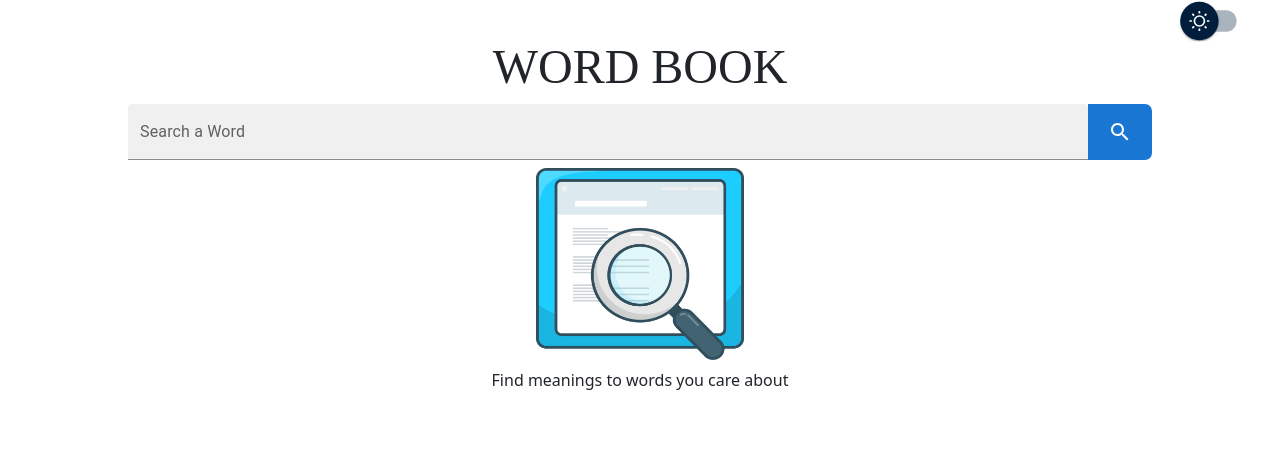
Repository: marveldev/my-dictionary
Page: /
These files come from the project's save history. The page is drawn as it stood at one moment and after the next save; the edit follows.
The browser window is 1280 px wide. The pictures show the whole page.
The project was rebuilt for these pictures with package versions that can differ from the ones it lists, and the page was loaded fresh each time. Also part of the build but not shown: src/components/themeSwitcher/MUISwitch.jsx.

Above is the page before, as saved 2022-05-22 16:31:28.

### public/index.html
<!DOCTYPE html>
<html lang="en">
  <head>
    <meta charset="utf-8" />
    <meta name="viewport" content="width=device-width, initial-scale=1" />
    <meta name="theme-color" content="#000000" />
    <meta
      name="description"
      content="Web site created using create-react-app"
    />
    <link href="https://cdn.jsdelivr.net/npm/bootstrap@5.1.3/dist/css/bootstrap.min.css" rel="stylesheet"
          integrity="sha384-1BmE4kWBq78iYhFldvKuhfTAU6auU8tT94WrHftjDbrCEXSU1oBoqyl2QvZ6jIW3" crossorigin="anonymous"
    />
    <link rel="apple-touch-icon" href="./icon-192x192.png" />
    <link rel="icon" href="./icon-192x192.png" />
    <link rel="manifest" href="./manifest.json" />
    <title>My Dictionary</title>
  </head>
  <body>
    <noscript>You need to enable JavaScript to run this app.</noscript>
    <div id="root"></div>
  </body>
</html>

### src/index.js
import React from 'react'
import ReactDOM from 'react-dom'
import App from './App'
import swDev from './swDev'
import './index.css'

ReactDOM.render(
  <React.StrictMode>
    <App />
  </React.StrictMode>,
  document.getElementById('root')
)
swDev()

### src/App.js
import { useState } from 'react'
import { createTheme } from '@mui/material'
import { Form, Output, ThemeSwitcher } from './components'

const App = () => {
  const [definitions, setDefinitions] = useState([])
  const [appMode, setAppMode] = useState('online')
  const [isLoading, setIsLoading] = useState(null)

  const storedTheme = localStorage.getItem('theme') || 'light'
  const [theme, setTheme] = useState(storedTheme)

  const themePalette = createTheme({
    palette: {
      mode: theme,
    },
  })

  return (
    <div className={`${theme} app`}>
      <div className="top-column top-0 w-100">
        <ThemeSwitcher setTheme={setTheme} theme={theme} themePalette={themePalette} />
        <h1 className="text-center">{definitions?.word || 'WORD BOOK'}</h1>
        <Form
          setDefinitions={setDefinitions}
          themePalette={themePalette}
          setAppMode={setAppMode}
          setIsLoading={setIsLoading}
        />
      </div>

      <Output definitions={definitions} appMode={appMode} isLoading={isLoading} />
    </div>
  )
}

export default App

### src/swDev.js
export default function swDev() {
  let swUrl = `${process.env.PUBLIC_URL}/sw.js`
  navigator.serviceWorker.register(swUrl).then(response => {
    console.warn("response", response)
  })
}

### src/index.css
body {
  margin: 0;
}

.app {
  position: absolute;
  width: 100%;
  height: 100%;
  transition: all 0.5s linear 0s;
}

.top-column {
  position: fixed;
  background: #fff;
  z-index: 1;
}

h1 {
  font-size: 3em;
  font-family: 'Montserrat light', serif;
}

.form {
  width: 80%;
}

#searchButton {
  border-radius: 0 0.5em 0.5em 0;
  box-shadow: none;
}

.output {
  margin-top: 10em;
}

.search-illustration {
  width: 13em;
  height: 13em;
  object-fit: contain;
}

.definition-header {
  padding: 1em 2em;
  font-family: 'Montserrat Medium', serif;
}

.volume-icon {
  transform: scale(1.8);
  color: #000;
}

.definitions-wrapper {
  width: 80%;
  background: #f0f0f0;
}

.definitions-wrapper::-webkit-scrollbar {
  width: 0.5em;
}

.definitions-wrapper::-webkit-scrollbar-thumb {
  border-radius: 0.5em;
  background-color: #bbb7b7;
}

.definition {
  background: #3b5360;
}

button:active {
  transform: translateY(0.2em);
}

.dark {
  background: #282c34;
  color: #fff;
}

.dark #searchButton {
  background: #1174ff;
  color: #fff;
}

.dark .definitions-wrapper {
  background: #3b3f46;
}

.dark .definition {
  background: #355c6c;
}

.dark .volume-icon {
  color: #fff;
}

@media screen and (max-width: 628px) {
  .form {
    width: 95%;
  }

  .definition-header {
    padding: 0.5em 0;
  }

  .definitions-wrapper {
    width: 95%;
    padding: 0 1.2em;
  }
}

### src/components/index.js
export { default as Form } from './form/Form'
export { default as Output } from './output/Output'
export { default as ThemeSwitcher } from './themeSwitcher/ThemeSwitcher'

### src/components/form/Form.jsx
import { useState } from 'react'
import debounce from 'lodash.debounce'
import wordList from 'word-list-json'
import { TextField, ThemeProvider, Autocomplete, Button } from '@mui/material'
import SearchIcon from '@mui/icons-material/Search'

const Form = ({ setDefinitions, themePalette, setIsLoading, setAppMode }) => {
  const [filteredWords, setFilteredWords] = useState([])
  const [word, setWord] = useState('')

  const url = `https://api.dictionaryapi.dev/api/v2/entries/en/${word}`

  const doWordFilter = debounce(value => {
    if(value.trim().length >= 1) {
      const wordFilter = wordList?.filter(word => word.startsWith(value.toLowerCase())).slice(0, 30)
      setFilteredWords(wordFilter)
    } else {
      setFilteredWords([])
      setWord('')
      setDefinitions([])
    }
  }, 300)

  const fetchDefinition = async event => {
    event?.preventDefault()
    if (word.trim().length >= 1) {
      setIsLoading(true)

      try {
        const response = await fetch(url)
        const data = await response.json()
        if (data) {
          setIsLoading(null)
          setDefinitions(data[0])
          setAppMode('online')
        }
      } catch (error) {
        setAppMode('offline')
        setDefinitions([])
      }
    }
  }

  return (
    <ThemeProvider theme={themePalette}>
      <>
        <Autocomplete
          freeSolo
          disableClearable
          options={filteredWords.map(word => word)}
          onChange={(event, value) =>
            setWord(value)
          }
          renderInput={params =>
            <form
              className="form d-flex m-auto"
              onSubmit={event => fetchDefinition(event)}
            >
              <TextField
                {...params}
                variant="filled"
                label="Search a Word"
                onChange={event => doWordFilter(event.target.value)}
              />
              <Button type="submit" variant="contained" id="searchButton">
                <SearchIcon />
              </Button>
            </form>
          }
        />
      </>
    </ThemeProvider>
  )
}

export default Form

### src/components/output/Output.jsx
import { IconButton } from '@mui/material'
import VolumeUpIcon from '@mui/icons-material/VolumeUp'
import { searchIllustration, loader } from '../assets'

const Output = ({ definitions, isLoading, appMode }) => {
  const playWord = (url) => {
    const audio = new Audio(url)
    audio?.play()
  }

  return (
    <div className="output">
      {isLoading && appMode === 'online' && (
        <div className="text-center">
          <img src={loader} alt="loading" />
        </div>
      )}

      {!isLoading && (
        <>
          {!definitions && (
            <div className="text-center fs-4">😞 we couldn't find definitions for the word you are looking for.</div>
          )}

          {definitions?.length <= 0 && (
            <div className="text-center">
              <img src={searchIllustration} className="search-illustration" alt="search illustration" />
              <p>Find meanings to words you care about</p>
            </div>
          )}

          {definitions?.meanings && (
            <div className="definitions-wrapper m-auto pb-4 rounded">
              <div className="definition-header d-flex align-items-center gap-3">
                {definitions.phonetics[0]?.audio && (
                  <IconButton onClick={() => playWord(definitions.phonetics[0]?.audio)}>
                    <VolumeUpIcon className="volume-icon" />
                  </IconButton>
                )}
                <div>
                  <p className="m-0 fs-5">{definitions?.word}</p>
                  {definitions?.phonetic && <p className="m-0">{definitions?.phonetic}</p>}
                </div>
              </div>
              <ul className="mx-lg-5 ps-0">
                {definitions?.meanings.map((meaning, index) => (
                  <li key={index}>
                    <p>"partOfSpeech": {meaning.partOfSpeech}</p>
                    {meaning.definitions?.map((data, index) => (
                      <div key={index} className="definition text-white rounded p-2 mb-3">
                        <p className="fw-bold">{data.definition}</p>
                        <p>
                          <span className="me-2 fw-bold">Example:</span>
                          {data.example}
                        </p>
                        <p className="mb-0">
                          <span className="me-2 fw-bold">Synonyms:</span>
                          {data.synonyms.join(', ')}
                        </p>
                      </div>
                    ))}
                  </li>
                ))}
              </ul>
            </div>
          )}
        </>
      )}

      {appMode === 'offline' && (
        <div className="text-center fs-4">😞 you are in offline mode or some issue with connection.</div>
      )}
    </div>
  )
}

export default Output

### src/components/themeSwitcher/ThemeSwitcher.jsx
import { FormControlLabel } from '@mui/material'
import { MaterialUISwitch } from './MUISwitch'

const ThemeSwitcher = ({ theme, setTheme, themePalette }) => {
  const switchTheme = () => {
    const currentTheme = theme === 'dark' ? 'light' : 'dark'
    setTheme(currentTheme)
    localStorage.setItem('theme', currentTheme)
  }

  return (
    <div className="text-end mx-lg-4 mt-1">
      <FormControlLabel
        label=''
        control={
          <MaterialUISwitch
            theme={themePalette}
            onChange={switchTheme}
            checked={theme === 'dark' && true}
            aria-label='switch theme'
          />
        }
      />
    </div>
  )
}

export default ThemeSwitcher

### src/components/assets/index.js
export { default as searchIllustration } from './searchIllustration.png'
export { default as loader } from './loader.svg'

After the next save:
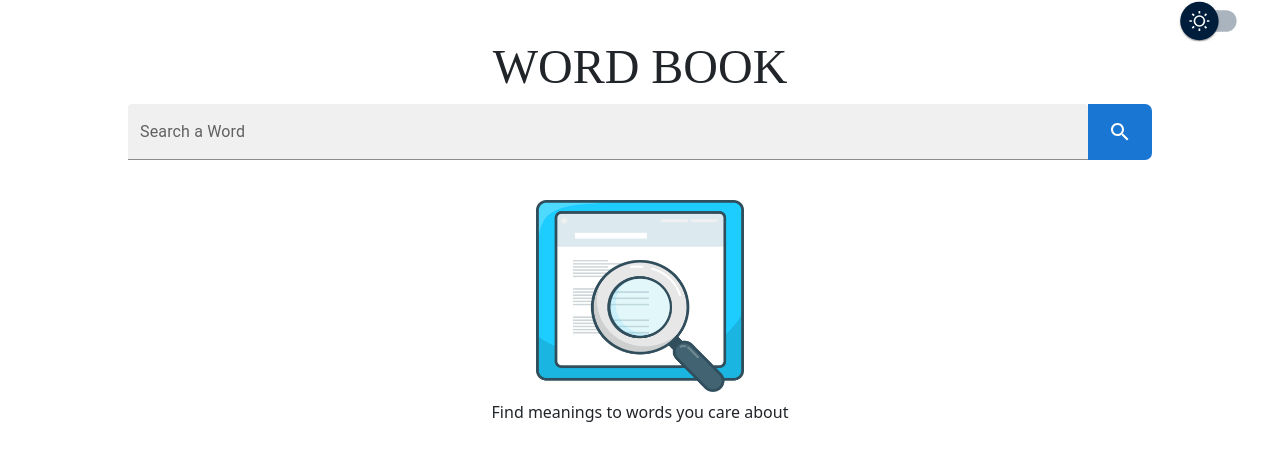
Saved 9 s later.
--- a/src/index.css
+++ b/src/index.css
@@ -30,7 +30,7 @@ h1 {
 }
 
 .output {
-  margin-top: 10em;
+  margin-top: 12em;
 }
 
 .search-illustration {
